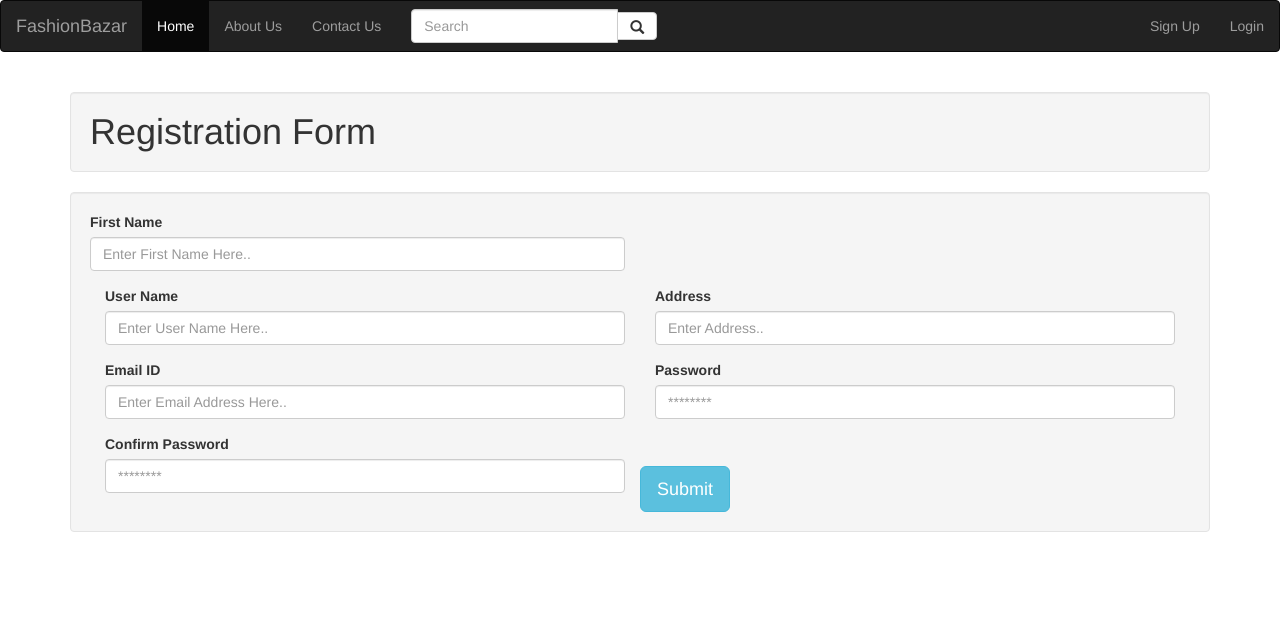
Repository: SmithaMendonca/Project-1
Page: http://localhost/FashionBazarFrontend/WEB-INF/views/Register.jsp
An editor plug-in stored every save of this project. The page is shown before and after the next save, followed by the edit.
The browser window is 1280 px wide. The pictures show the whole page.
The page is served by Tomcat 9. Nobody is signed in. Other server files are loaded and not shown. The template is opened directly, without the code that normally fills it, so the values that code supplies are empty.

Above is the page before, as saved 2019-06-05 13:43:29.

### FashionBazarFrontend/src/main/webapp/WEB-INF/views/Register.jsp
<%@include file="Header.jsp"%>
<div class="container">
    <h1 class="well">Registration Form</h1>
	<div class="col-lg-12 well">
	<div class="row">
				<form method="post" action="<c:url value="/registration"/>">
					<div class="col-sm-12">
						<div class="row">
							<div class="col-sm-6 form-group">
								<label>First Name</label>
								<input type="text" name="customerName" placeholder="Enter First Name Here.." class="form-control">
							</div>
						</div>
						<div class="col-sm-6 form-group">
						<label>User Name</label>
						<input type="text" name="userName" placeholder="Enter User Name Here.." class="form-control">
					    </div>
						<div class="col-sm-6 form-group">
							<label>Address</label>
							<input type="text"  class="form-control" name="address" placeholder="Enter Address..">
						</div>

					<div class="col-sm-6 form-group">
						<label>Email ID</label>
						<input type="text" name="email" placeholder="Enter Email Address Here.." class="form-control">
					</div>
					<div class="col-sm-6 form-group">
						<label>Password</label>
						<input type="password"  class="form-control" name="password" placeholder="********" id="pass">
					</div>
					<div class="col-sm-6 form-group">
						<label>Confirm Password</label>
						<input type="password"  class="form-control" name="confirm-password" placeholder="********" id="confirmpass">
					</div>
					<div class="col-sm-6 form-group">
                        <input name="role" type="hidden" value="ROLE_USER"/>
                     </div>

                     <div class="col-sm-6 form-group">
                          <input name="enabled" type="hidden" value="true"/>
                       </div>
					<button type="submit" class="btn btn-lg btn-info" onclick="return Validate()">Submit</button>
					</div>
				</form>
				</div>
	</div>
	</div>
	 <!-- Validating Password -->
<script type="text/javascript">

function Validate()
{

    var password = document.getElementById("pass").value;

    var confirmpass = document.getElementById("confirmpass").value;

    if (password != confirmpass)
     {

        alert("Password does Not Match.");
         return false;

     }
      return true;
}
</script>

</body>
</html>

### FashionBazarFrontend/src/main/webapp/WEB-INF/views/Header.jsp
<%@ page language="java" contentType="text/html"%>
<%@ taglib uri="http://java.sun.com/jsp/jstl/core" prefix="c"%>
<%@taglib prefix="form" uri="http://www.springframework.org/tags/form"%>
<html>
<head>
<title>Welcome to Fashion Bazar</title>
 <meta charset="utf-8">
 <meta name="viewport" content="width=device-width, initial-scale=1">
 <link rel="stylesheet" href="https://maxcdn.bootstrapcdn.com/bootstrap/3.4.0/css/bootstrap.min.css">
  <script src="https://ajax.googleapis.com/ajax/libs/jquery/3.4.0/jquery.min.js"></script>
  <script src="https://maxcdn.bootstrapcdn.com/bootstrap/3.4.0/js/bootstrap.min.js"></script>
</head>
<body>
	  <nav class="navbar navbar-inverse">
      <div class="container-fluid">
        <div class="navbar-header">
	         <a class="navbar-brand" href="#">FashionBazar</a>
        </div>
        <ul class="nav navbar-nav">
         <c:if test="${!sessionScope.loggedIn }">
	      <li class="active"><a href="index.jsp">Home</a></li>
          <li><a href="<c:url value="/aboutus"/>">About Us</a></li>
          <li><a href="<c:url value="/contactus"/>">Contact Us</a></li>
          <form class="navbar-form navbar-left">
  				<div class="input-group">
    			  <input type="text" class="form-control" placeholder="Search">
   				 	<div class="input-group-btn">
      				<button class="btn btn-default" type="submit">
        				<i class="glyphicon glyphicon-search"></i>
      				</button>
    				</div>
  				</div>
			</form>
         </c:if>

         <c:if test="${sessionScope.loggedIn }">
               <c:if test="${sessionScope.role=='ROLE_ADMIN' }">
	      <li><a href="<c:url value="/category"/>">Category Management</a></li>
          <li><a href="<c:url value="/product"/>">Product Management</a></li>
               </c:if>
         </c:if>

          <c:if test="${sessionScope.loggedIn }">
              <c:if test="${sessionScope.role=='ROLE_USER' }">
           <li><a href="<c:url value="/productPage"/>">Products</a></li>
          <li><a href="<c:url value="/showCart"/>">Cart</a></li>
              </c:if>
          </c:if>
       </ul>

       <ul class="nav navbar-nav navbar-right">
         <c:if test="${!sessionScope.loggedIn }">
	     	<li><a href="<c:url value="/register"/>"><span-class="glyphicon glyphicon-user"></span> Sign Up</a></li>
        	 <li><a href="<c:url value="/login"/>"><span-class="glyphicon glyphicon-log-in"></span> Login</a></li>
         </c:if>

         <c:if test="${sessionScope.loggedIn }">
            <li><a href="#"><span-class="glyphicon glyphicon-user"></span> ${sessionScope.username}</a></li>
            <li><a href="<c:url value="/perform_logout"/>"><span-class="glyphicon glyphicon-log-in"></span> Logout</a></li>
         </c:if>
       </ul>
     </div>
    </nav>
</body>
</html>

After the next save:
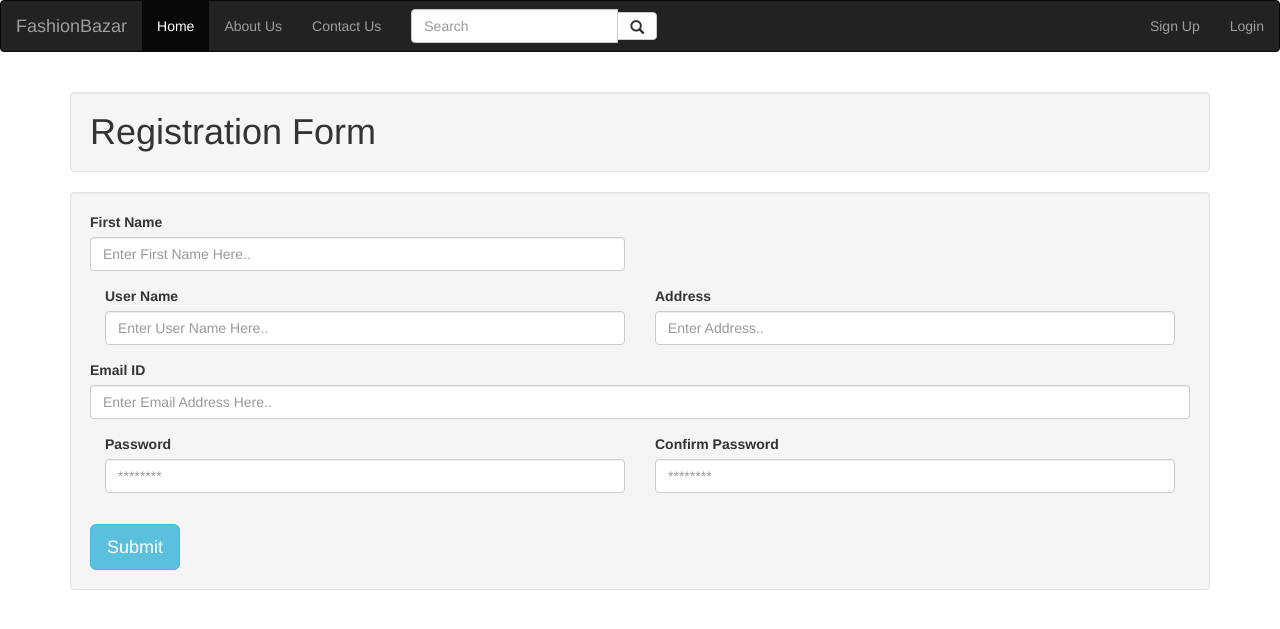
Saved 36 s later.
--- a/FashionBazarFrontend/src/main/webapp/WEB-INF/views/Register.jsp
+++ b/FashionBazarFrontend/src/main/webapp/WEB-INF/views/Register.jsp
@@ -20,7 +20,7 @@
 							<input type="text"  class="form-control" name="address" placeholder="Enter Address..">
 						</div>
 
-					<div class="col-sm-6 form-group">
+					<div class="form-group">
 						<label>Email ID</label>
 						<input type="text" name="email" placeholder="Enter Email Address Here.." class="form-control">
 					</div>
